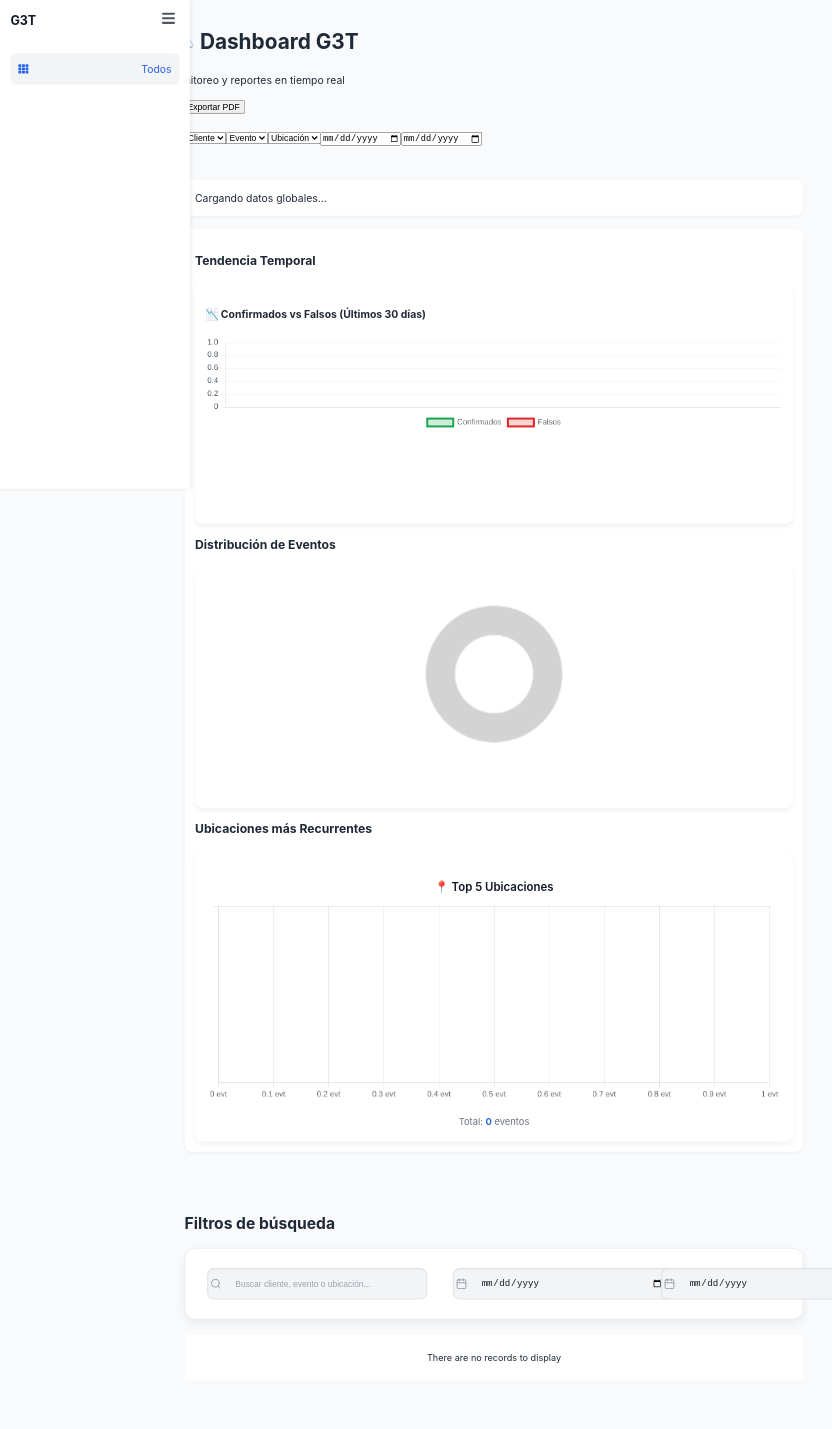
Repository: BBrian11/reportes
Page: /
These files come from the project's save history. The page is drawn as it stood at one moment and after the next save; the edit follows.
The browser window is 1280 px wide. The pictures show the whole page, at 65% of full size.
The page's requests for data from a server got no answer. The project was rebuilt for these pictures with package versions that can differ from the ones it lists, and the page was loaded fresh each time. Some packages were replaced by stand-ins written for this rebuild. No one was signed in, and anything a server would have sent is missing. Also part of the build but not shown: vite.config.js, src/components/Dashboard/BarChart.jsx, src/styles/tgsstats.css, src/components/Dashboard/TgsStats.jsx, src/styles/edificiostats.css, src/components/Dashboard/EdificioStats.jsx, src/styles/vtvstats.css, src/components/Dashboard/VtvStats.jsx and 6 more.

Above is the page before, as saved 2025-08-01 14:27:05.

After the next save:
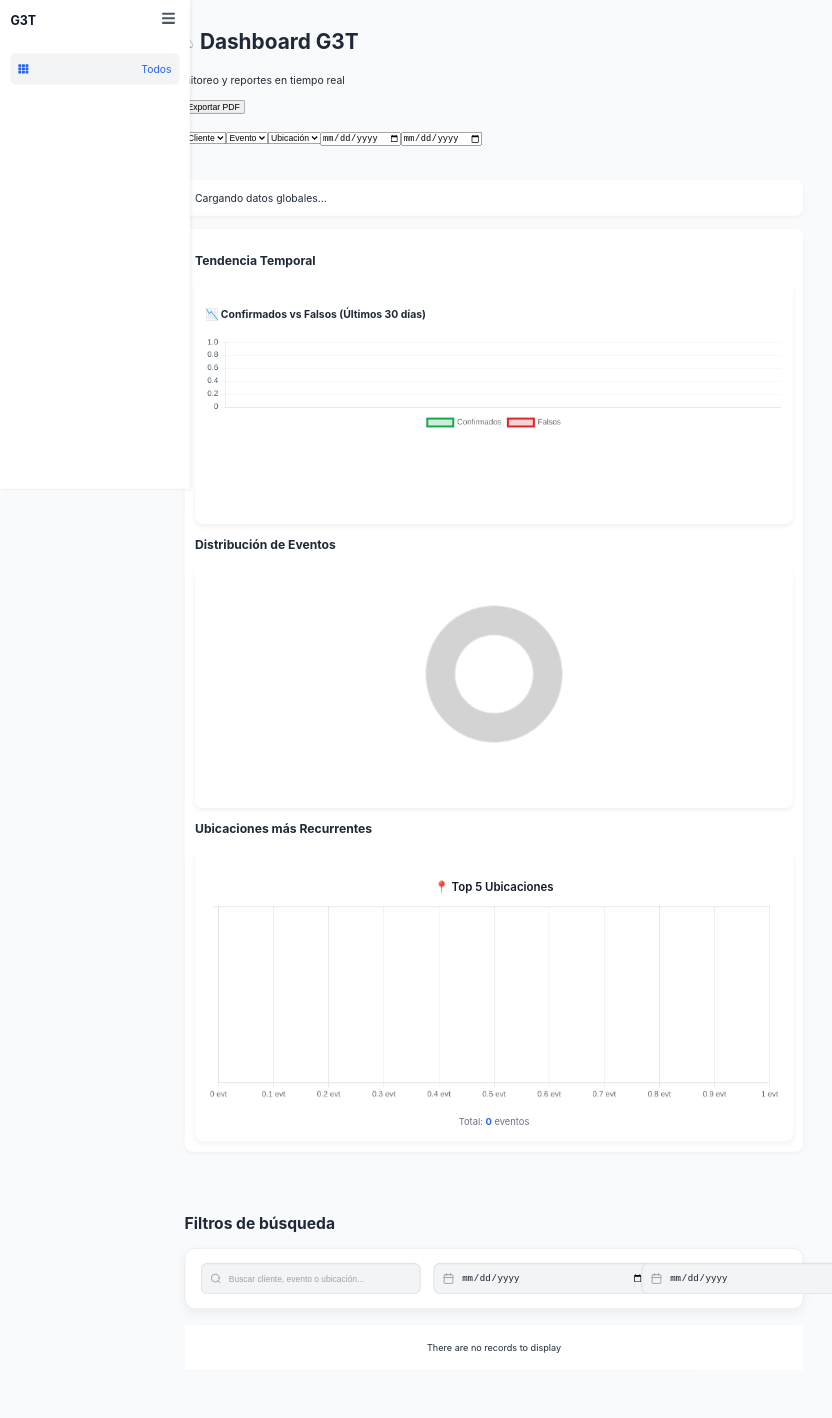
Saved 5 s later.
--- a/src/styles/eventstable.css
+++ b/src/styles/eventstable.css
@@ -270,7 +270,7 @@
   background-color: #f9fafb;
   font-size: 15px;
   color: #111827;
-  margin: 10px;
+  margin: 0px;
   font-weight: 500;
   transition: all 0.3s ease;
   box-shadow: inset 0 1px 2px rgba(0, 0, 0, 0.05);
